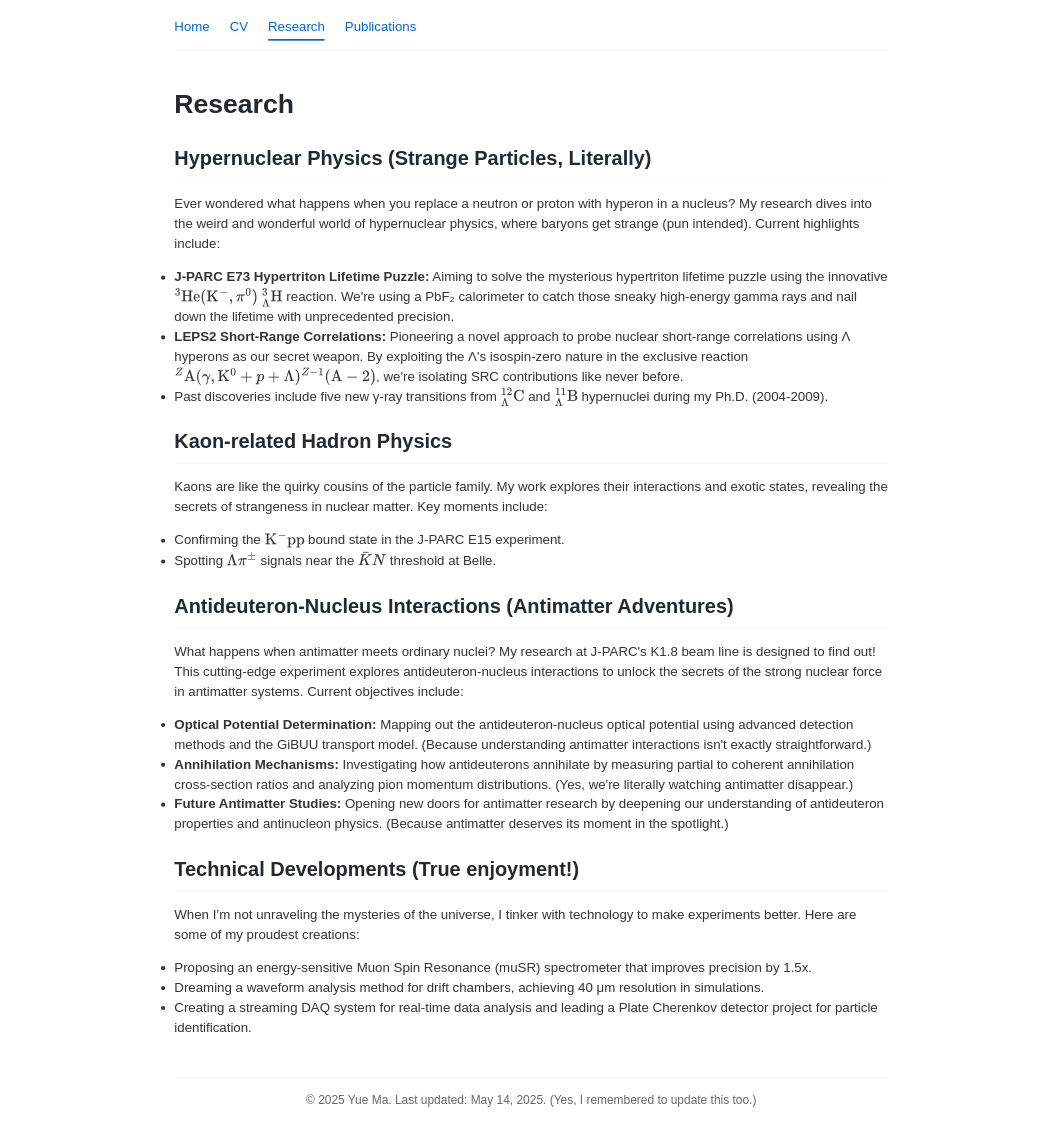
Repository: ymaphys/ymaphys.github.io
Page: research.html
The author's editor kept a copy of each file at every save. The page is drawn from the files as they stood at one save, then again after a run of saves.
The browser window is 1280 px wide. The pictures show the whole page, at 83% of full size.

Above is the page before, as saved 2025-05-30 07:40:27.
Console error: TypeError: Cannot set properties of null (setting 'textContent')

After the next 2 saves:
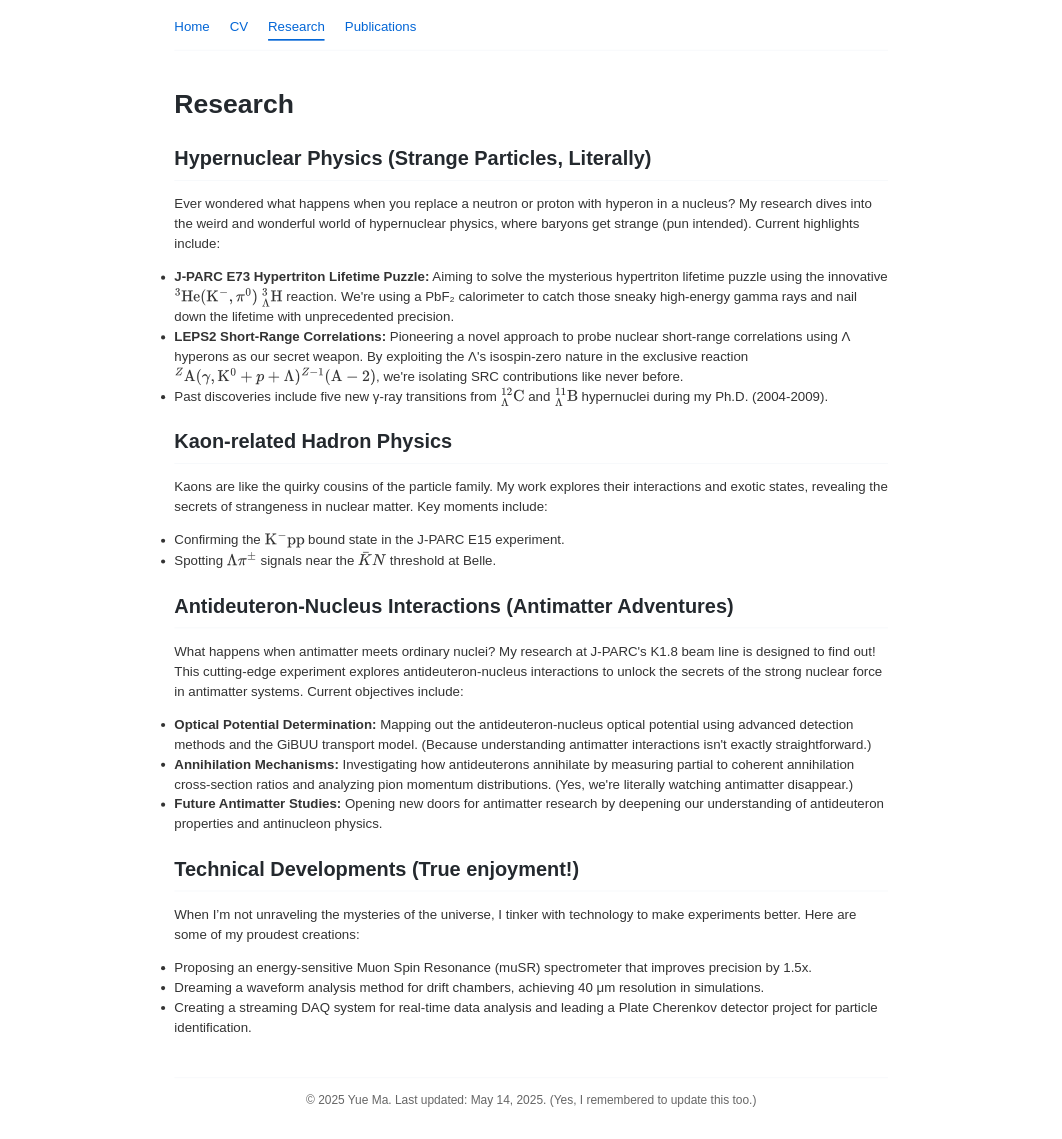
The 2 saves are shown as one change because they came seconds apart.
The last was saved 110 s later.
--- a/research.html
+++ b/research.html
@@ -114,7 +114,6 @@
                 <li>
                     <strong>Future Antimatter Studies:</strong> Opening new doors for antimatter research
                     by deepening our understanding of antideuteron properties and antinucleon physics.
-                    (Because antimatter deserves its moment in the spotlight.)
                 </li>
             </ul>
         </section>
